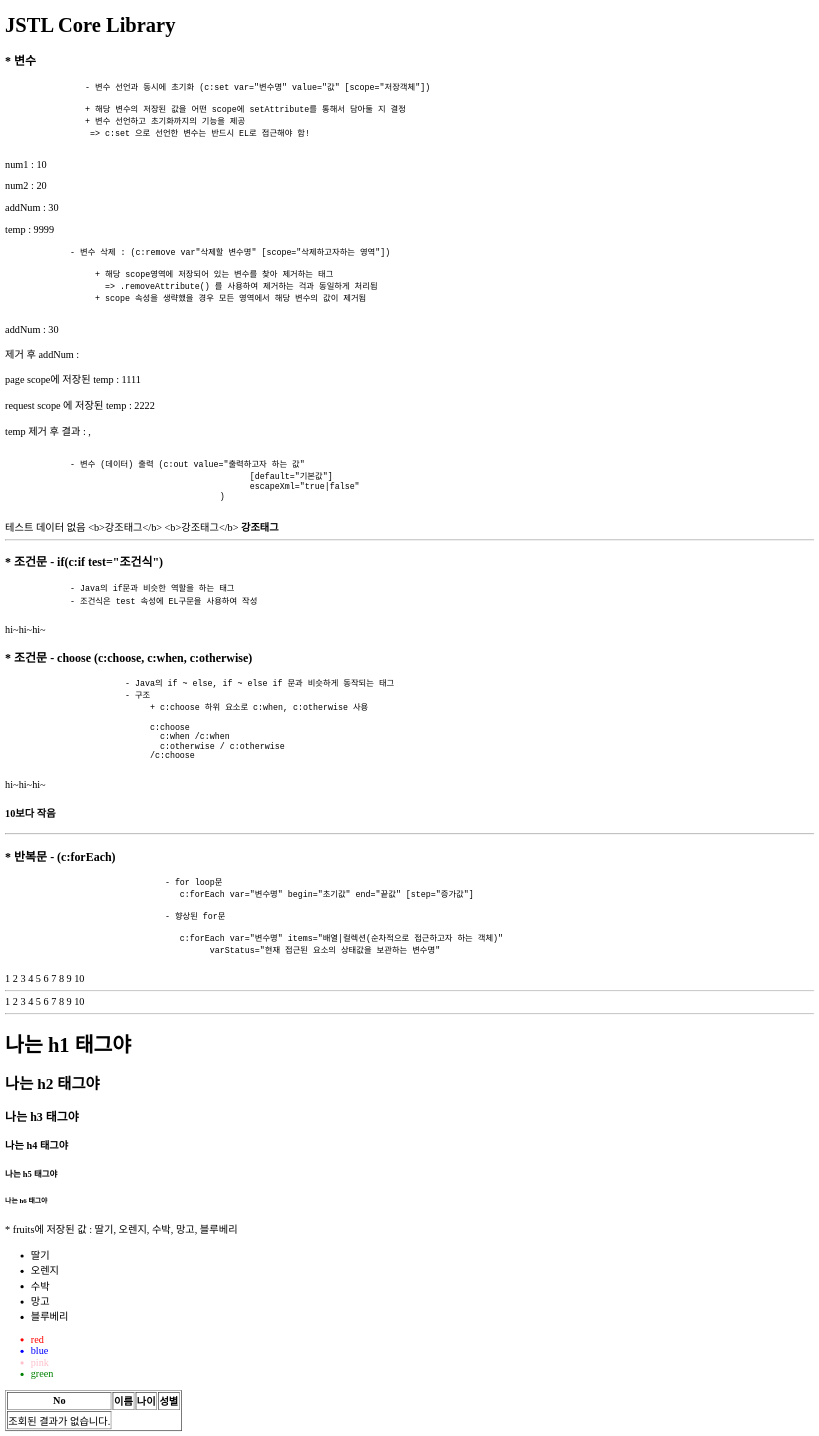
Repository: kkh1396/kh_front
Page: http://localhost/2_jsp/views/4_CustomAction/2_core.jsp
An editor plug-in stored every save of this project. The page is shown before and after the next save, followed by the edit.
The browser window is 1280 px wide. The pictures show the whole page, at 64% of full size.
The page is served by Tomcat 9. Nobody is signed in. The application's start-up code is not run.

Above is the page before, as saved 2025-03-21 05:47:14.

After the next save:
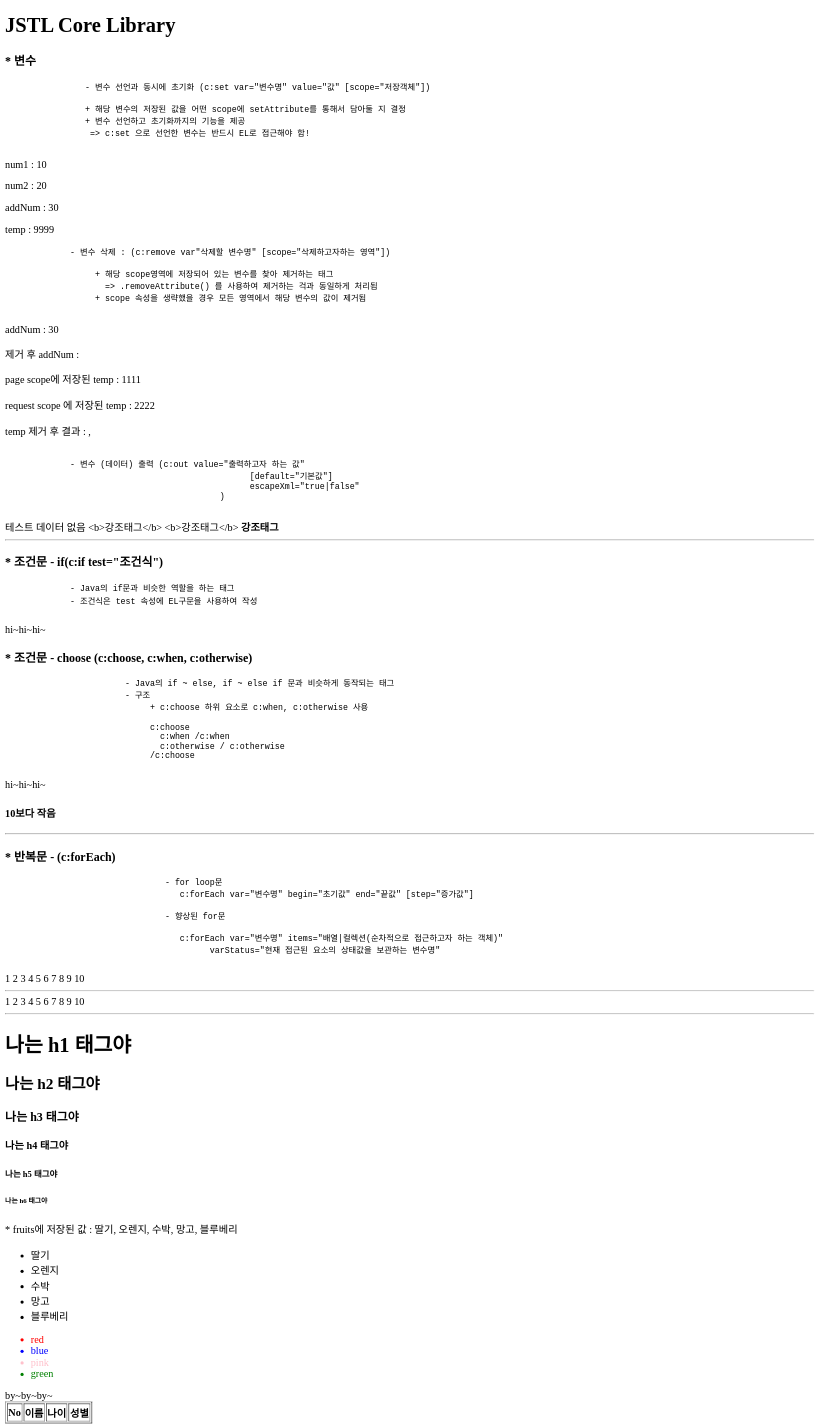
Saved 52 s later.
--- a/05_server/2_jsp/src/main/webapp/views/4_CustomAction/2_core.jsp
+++ b/05_server/2_jsp/src/main/webapp/views/4_CustomAction/2_core.jsp
@@ -255,10 +255,9 @@
 	             <th>성별</th>
 	          </tr>
 	        </thead>
-	        	<%-- 리스트가 비어있을 경우, "조회된 결과가 없습니다" 출력  --%>
-
 					<c:choose>
-					  	   <c:when test="${ list != null}">
+					  	   <c:when test="${ empty list }">
+					  	   <%-- 리스트가 비어있을 경우, "조회된 결과가 없습니다" 출력  --%>
 					  	       <tr>
 					  	           <td rowspan="4">
 					  	          조회된 결과가 없습니다.
